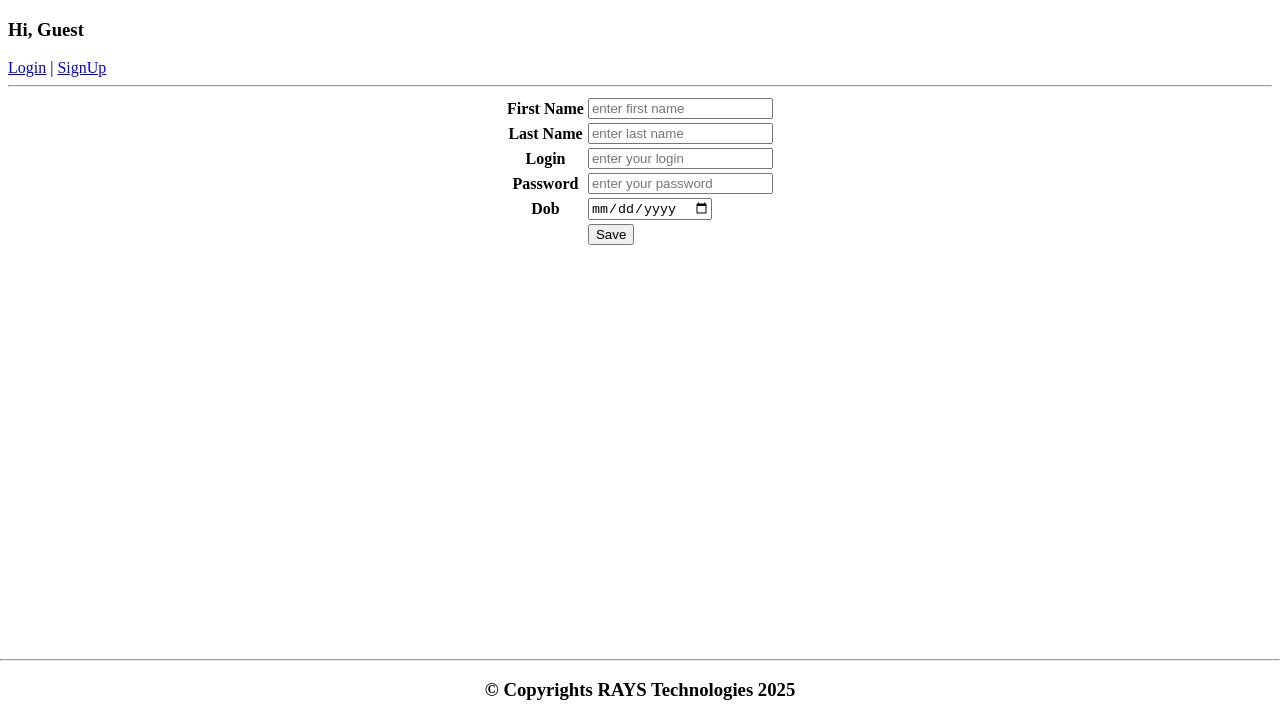
Repository: Deepak9669/JSP-Servlet
Page: http://localhost/Dynamic-Web-Project/UserCtl
The author's editor kept a copy of each file at every save. The page is drawn from the files as they stood at one save, then again after the next save.
The browser window is 1280 px wide. The pictures show the whole page.
The page is served by Tomcat 9. Other server files are loaded and not shown.

Above is the page before, as saved 2025-10-11 13:56:01.

### Dynamic-Web-Project/WebContent/UserView.jsp
<%@ page language="java" contentType="text/html; charset=ISO-8859-1"
	pageEncoding="ISO-8859-1"%>
<!DOCTYPE html>
<html>
<head>
<meta charset="ISO-8859-1">
<title>Insert title here</title>
</head>
<body>
	<%@ include file="Header.jsp"%>

	<%
		String successMsg = (String) request.getAttribute("successMsg");
		String errorMsg = (String) request.getAttribute("errorMsg");
		UserBean bean = (UserBean) request.getAttribute("bean");
	%>

	<div align="center">
		<%
			if (bean != null) {
		%>
		<%
			if (successMsg != null && bean.getId() > 0) {
		%>
		<h3>Update User</h3>
		<%
			} else {
		%>
		<h3>Add User</h3>
		<%
			}
		%>

		<h3 style="color: green;"><%=successMsg%></h3>
		<%
			}
		%>

		<%
			if (errorMsg != null) {
		%>
		<h3 style="color: red;"><%=errorMsg%></h3>
		<%
			}
		%>

		<form action="UserCtl" method="post">

			<table>
				<tr>
					<th>First Name</th>
					<td><input type="text" name="firstName"
						value="<%=bean != null ? bean.getFirstName() : ""%>"
						placeholder="enter first name"></td>
				</tr>
				<tr>
					<th>Last Name</th>
					<td><input type="text" name="lastName"
					 value="<%=bean !=null?bean.getLastName():"" %>"
						placeholder="enter last name"></td>
				</tr>
				<tr>
					<th>Login</th>
					<td><input type="email" name="login"
					 value="<%=bean !=null ?bean.getLogin():"" %>"
						placeholder="enter your login"></td>
				</tr>
				<tr>
					<th>Password</th>
					<td><input type="password" name="password"
					 value="<%=bean !=null?bean.getPassword():"" %>"
						placeholder="enter your password"></td>
				</tr>
				<tr>
					<th>Dob</th>
					<td><input type="date" name="dob"
					 value="<%=bean !=null?bean.getDob():""%>"></td>
				</tr>
				<tr>
					<th></th>
					<td><input type="submit" name="operation"
					 value="<%=bean !=null?"Update":"Save"%>"></td>
				</tr>
			</table>

		</form>

	</div>
	<%@ include file="Footer.jsp"%>

</body>
</html>

### Dynamic-Web-Project/WebContent/Header.jsp
<%@page import="com.rays.bean.UserBean"%>
<%@ page language="java" contentType="text/html; charset=ISO-8859-1"
	pageEncoding="ISO-8859-1"%>
<!DOCTYPE html>
<html>
<head>
<meta charset="ISO-8859-1">
<title>Insert title here</title>
</head>
<body>

	<%
		UserBean user = (UserBean) session.getAttribute("user");
	%>

	<%
		if (user != null) {
	%>
	<h3><%="Hi, " + user.getFirstName()%></h3>
	<%
		} else {
	%>
	<h3>Hi, Guest</h3>
	<%
		}
	%>

	<%
		if (user != null) {
	%>
	<a href="UserListCtl">User List</a>|
	<a href="UserCtl">Add User</a> |
	<a href="ChangePasswordCtl">Change password</a> |
	<a href="LoginCtl?operation=logout">Logout</a>
	<%
		} else {
	%>
	<a href="LoginCtl">Login</a> |
	<a href="UserRegistrationCtl">SignUp</a>
	<%
		}
	%>


	<hr>

</body>
</html>

### Dynamic-Web-Project/WebContent/Footer.jsp

<%@ page language="java" contentType="text/html; charset=ISO-8859-1"
	pageEncoding="ISO-8859-1"%>
<html>
<head>

<style type="text/css">
#footer {
	position: fixed;
	left: 0;
	width: 100%;
	bottom: 0;
	background-color: white;
	color: black;
	text-align: center;
}
</style>

</head>
<body>

	<div id="footer">
		<CENTER>
			<hr>
			<H3>&copy; Copyrights RAYS Technologies 2025</H3>
		</CENTER>
	</div>
</html>

### Dynamic-Web-Project/src/com/rays/controller/UserCtl.java
package com.rays.controller;

import java.io.IOException;
import java.sql.SQLException;
import java.text.ParseException;
import java.text.SimpleDateFormat;

import javax.servlet.RequestDispatcher;
import javax.servlet.ServletException;
import javax.servlet.annotation.WebServlet;
import javax.servlet.http.HttpServlet;
import javax.servlet.http.HttpServletRequest;
import javax.servlet.http.HttpServletResponse;

import com.rays.bean.UserBean;
import com.rays.model.UserModel;

@WebServlet("/UserCtl")
public class UserCtl extends HttpServlet {

	protected void doGet(HttpServletRequest request, HttpServletResponse response)
			throws ServletException, IOException {
		UserModel model = new UserModel();
		UserBean bean = new UserBean();

		String id = request.getParameter("id");

		System.out.println("id------->:" + id);

		if (id != null) {
			try {
				bean = model.findById(Integer.parseInt(id));
				request.setAttribute("bean", bean);

			} catch (Exception e) {
				e.printStackTrace();
			}
		}
		RequestDispatcher rd = request.getRequestDispatcher("UserView.jsp");
		rd.forward(request, response);

	}

	protected void doPost(HttpServletRequest request, HttpServletResponse response)
			throws ServletException, IOException {

		String op = request.getParameter("operation");

		SimpleDateFormat sdf = new SimpleDateFormat("yyyy-MM-dd");

		UserBean bean = new UserBean();
		UserModel model = new UserModel();

		String firstName = request.getParameter("firstName");
		String lastName = request.getParameter("lastName");
		String login = request.getParameter("login");
		String password = request.getParameter("password");
		String dob = request.getParameter("dob");

		try {
			bean.setFirstName(firstName);
			bean.setLastName(lastName);
			bean.setLogin(login);
			bean.setPassword(password);
			bean.setDob(sdf.parse(dob));

			if (op.equals("update")) {
				bean.setId(Integer.parseInt(request.getParameter("id")));
				model.update(bean);
				request.setAttribute("successMsg", "User Update Successfully");


			}else {
				model.add(bean);
				request.setAttribute("successMsg", "user Added Successfully");
			}


		} catch (Exception e) {
			request.setAttribute("errorMsg", e.getMessage());
			e.printStackTrace();

		}
		RequestDispatcher rd = request.getRequestDispatcher("UserRegistrationView.jsp");
		rd.forward(request, response);

	}

}

### Dynamic-Web-Project/src/com/rays/model/UserModel.java
package com.rays.model;

import java.sql.Connection;
import java.sql.PreparedStatement;
import java.sql.ResultSet;
import java.sql.SQLException;
import java.util.ArrayList;
import java.util.List;

import org.apache.catalina.tribes.transport.RxTaskPool;

import com.mysql.cj.jdbc.PreparedStatementWrapper;
import com.rays.bean.UserBean;
import com.rays.exception.RecordNotFoundException;
import com.rays.util.JDBCDataSource;

public class UserModel {

//	/*<---------Generate next primary key-------------->/*
	public int nextPk() throws SQLException {
		int pk=0;

		Connection conn=JDBCDataSource.getConnection();

        PreparedStatement pstmt	=  conn.prepareStatement("select max(id) from st_user");

        ResultSet rs =pstmt.executeQuery();

        while(rs.next()){
        	pk=rs.getInt(1);
        System.out.println("max id :"+pk);
        }
        conn.close();
        return pk+1;

	}

//	/*<------------------Insert a record----------------->/*

	public void add(UserBean bean) throws RecordNotFoundException, SQLException {

		UserBean existBean = findByLogin(bean.getLogin());

		if(existBean!=null) {
			throw new RecordNotFoundException("login id is all ready exist");
		}
		Connection conn = JDBCDataSource.getConnection();

		PreparedStatement pstmt=conn.prepareStatement("insert into st_user values(?,?,?,?,?,?)");


		int pk=nextPk();

        pstmt.setInt(1, pk);
        pstmt.setString(2, bean.getFirstName());
        pstmt.setString(3, bean.getLastName());
        pstmt.setString(4, bean.getLogin());
        pstmt.setString(5, bean.getPassword());
        pstmt.setDate(6, new java.sql.Date(bean.getDob().getTime()));

        int i = pstmt.executeUpdate();

        System.out.println("data insert sucessfully :"+i);

        conn.close();

		}
//	/*<------------Delete a record------------------>/*

	public void delete(int id) throws SQLException {

		Connection conn= JDBCDataSource.getConnection();

		PreparedStatement pstmt=conn.prepareStatement("delete from st_user where id=?");

		pstmt.setInt(1,id);

		int i =pstmt.executeUpdate();

		System.out.println("data delete sucessfully :"+i);

		conn.close();

	}
//	*/<----------------------Update a record----------------->/*

	     public void update(UserBean bean) throws SQLException {


	    	 Connection conn= JDBCDataSource.getConnection();

	    	 PreparedStatement pstmt=conn.prepareStatement(
	    			 "update st_user set firstName=?,lastName=?,login=?password=?,dob=? where id=?");

	    	 pstmt.setString(1, bean.getFirstName());
	    	 pstmt.setString(2,bean.getLastName());
	    	 pstmt.setString(3,bean.getLogin());
	    	 pstmt.setString(4, bean.getPassword());
	    	 pstmt.setDate(4, new java.sql.Date(bean.getDob().getTime()));
	    	 pstmt.setInt(6, bean.getId());

	    	 int i= pstmt.executeUpdate();

	    	 System.out.println("data update sucessfully :"+i);

	    	 conn.close();


	     }
//	     <---------------find by login----------------->

	     public UserBean findByLogin(String login) throws SQLException {

	    	 Connection conn=JDBCDataSource.getConnection();

	    	 PreparedStatement pstmt= conn.prepareStatement("select * from st_user where login=?");

	    	 pstmt.setString(1, login);

	    	 ResultSet rs=pstmt.executeQuery();

	    	 UserBean bean=null;

	    	 while(rs.next()) {
	    		 bean=new UserBean();

	    		 bean.setId(rs.getInt(1));
	    		 bean.setFirstName(rs.getString(2));
	    		 bean.setLastName(rs.getString(3));
	    		 bean.setLogin(rs.getString(4));
	    		 bean.setPassword(rs.getString(5));
	    		 bean.setDob(rs.getDate(6));

	     }
	    	 conn.close();
	    	 return bean;

	}
	//     <---------------authenticate user------------------>

	     public UserBean authenticate(String login , String password) throws SQLException {

	    	 Connection conn=JDBCDataSource.getConnection();

	    	 PreparedStatement pstmt=conn.prepareStatement("select * from st_user where login=? and password=?");

	    	 pstmt.setString(1,login);
	    	 pstmt.setString(2, password);

	    	 ResultSet rs = pstmt.executeQuery();

	    	 UserBean bean = null;

	    	 while(rs.next()) {
	    		 bean= new UserBean();

	    		 bean.setId(rs.getInt(1));
	    		 bean.setFirstName(rs.getString(2));
	    		 bean.setLastName(rs.getString(3));
	    		 bean.setLogin(rs.getString(4));
	    		 bean.setPassword(rs.getString(5));
	    		 bean.setDob(rs.getDate(6));


	    	 }
	    	 conn.close();
	    	 return bean;


	     }
//	     /*<-------------change password--------------->/*

	     public void changePassword(String login, String password, String newPassword) throws Exception {

	 		UserBean bean = authenticate(login, password);

	 		if (bean != null) {

	 			Connection conn = JDBCDataSource.getConnection();
	 			PreparedStatement pstmt = conn.prepareStatement("update st_user set password = ? where id =?");

	 			pstmt.setString(1, newPassword);
	 			pstmt.setInt(2, bean.getId());
	 			pstmt.executeUpdate();

	 			System.out.println("Password changed successfully");
	 		} else {
	 			throw new RuntimeException("Wrong Username or Password");
	 		}

	 	}
//	     /*<-----------find by id --------------->/*

	     public UserBean findById(int id) throws SQLException {

	    	 Connection conn = JDBCDataSource.getConnection();

	    	 PreparedStatement pstmt = conn.prepareStatement("select * from st_user where id=?");

	    	 pstmt.setInt(1, id);

	    	 ResultSet rs  =  pstmt.executeQuery();

	    	 UserBean bean = null;

	    	 while(rs.next()) {
	    		 bean=new UserBean();

	    		 bean.setId(rs.getInt(1));
	    		 bean.setFirstName(rs.getString(2));
	    		 bean.setLastName(rs.getString(3));
	    		 bean.setLogin(rs.getString(4));
	    		 bean.setPassword(rs.getString(5));
	    		 bean.setDob(rs.getDate(6));

	    	 }
	    	 conn.close();
	    	 return bean;

	     }

//	    /*<------------by search -------------->/*
	     public List search(UserBean bean) throws Exception {

	 		List list = new ArrayList();

	 		StringBuffer sql = new StringBuffer("select * from st_user limit 0,10");

	 		if (bean != null) {
	 			if (bean.getFirstName() != null && bean.getFirstName().length() > 0) {
	 				sql.append(" and firstName like '" + bean.getFirstName() + "%'");
	 			}
	 			if (bean.getLastName() != null && bean.getLastName().length() > 0) {
	 				sql.append(" and lastName like '" + bean.getLastName() + "%'");
	 			}
	 		}

	 		Connection conn = JDBCDataSource.getConnection();
	 		System.out.println("sql ----> " + sql.toString());
	 		PreparedStatement pstmt = conn.prepareStatement(sql.toString());
	 		ResultSet rs = pstmt.executeQuery();

	 		while (rs.next()) {
	 			bean = new UserBean();
	 			bean.setId(rs.getInt(1));
	 			bean.setFirstName(rs.getString(2));
	 			bean.setLastName(rs.getString(3));
	 			bean.setLogin(rs.getString(4));
	 			bean.setPassword(rs.getString(5));
	 			bean.setDob(rs.getDate(6));
	 			list.add(bean);

	 		}

	 		return list;

	 	}

	 }

### Dynamic-Web-Project/src/com/rays/exception/RecordNotFoundException.java
package com.rays.exception;

public class RecordNotFoundException extends Exception{

	public RecordNotFoundException(String msg) {
		super(msg);

	}

}

### Dynamic-Web-Project/src/com/rays/bean/UserBean.java
package com.rays.bean;

import java.util.Date;

public class UserBean {

	private int id;
	private String firstName;
	private String lastName;
	private String login;
	private String password;
	private Date dob;
	public int getId() {
		return id;
	}
	public void setId(int id) {
		this.id = id;
	}
	public String getFirstName() {
		return firstName;
	}
	public void setFirstName(String firstName) {
		this.firstName = firstName;
	}
	public String getLastName() {
		return lastName;
	}
	public void setLastName(String lastName) {
		this.lastName = lastName;
	}
	public String getLogin() {
		return login;
	}
	public void setLogin(String login) {
		this.login = login;
	}
	public String getPassword() {
		return password;
	}
	public void setPassword(String password) {
		this.password = password;
	}
	public Date getDob() {
		return dob;
	}
	public void setDob(Date dob) {
		this.dob = dob;
	}






}

After the next save:
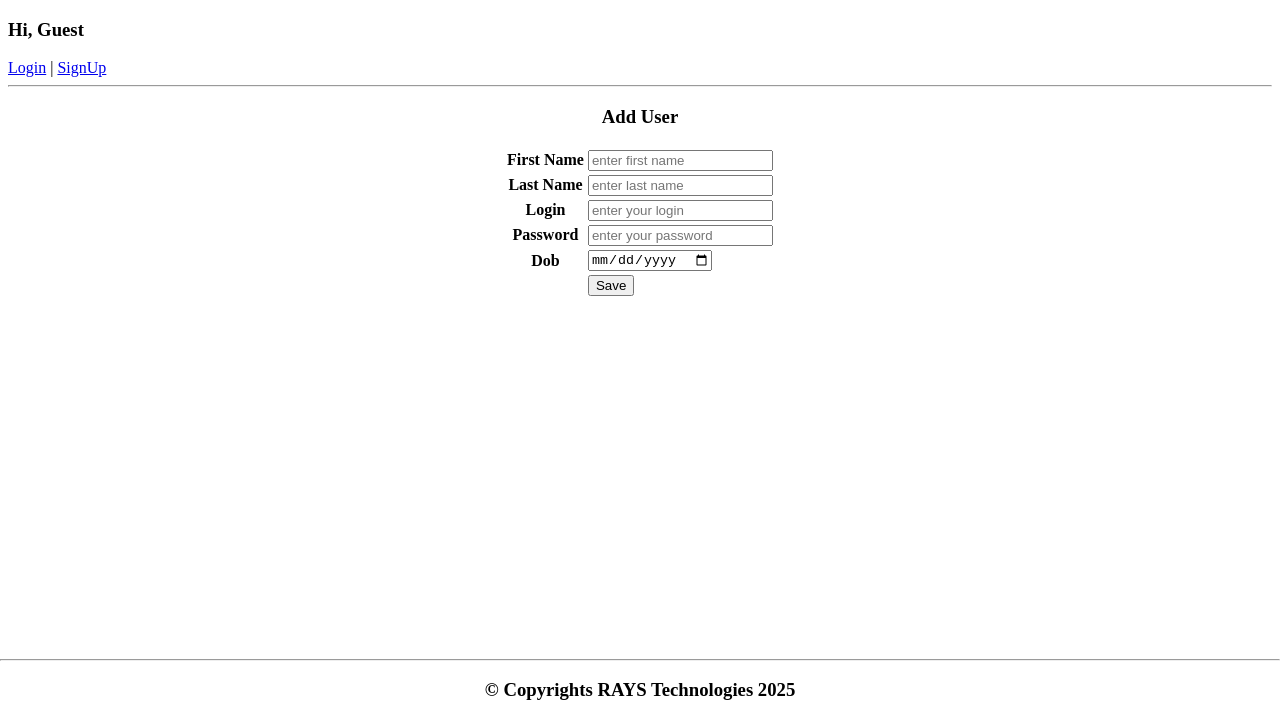
Saved 7 min 5 s later.
--- a/Dynamic-Web-Project/WebContent/UserView.jsp
+++ b/Dynamic-Web-Project/WebContent/UserView.jsp
@@ -17,11 +17,10 @@
 
 	<div align="center">
 		<%
-			if (bean != null) {
+			if (bean != null && bean.getId()>0) {
 		%>
-		<%
-			if (successMsg != null && bean.getId() > 0) {
-		%>
+
+
 		<h3>Update User</h3>
 		<%
 			} else {
@@ -29,6 +28,9 @@
 		<h3>Add User</h3>
 		<%
 			}
+		%>
+		<%
+		if(successMsg!=null){
 		%>
 
 		<h3 style="color: green;"><%=successMsg%></h3>
